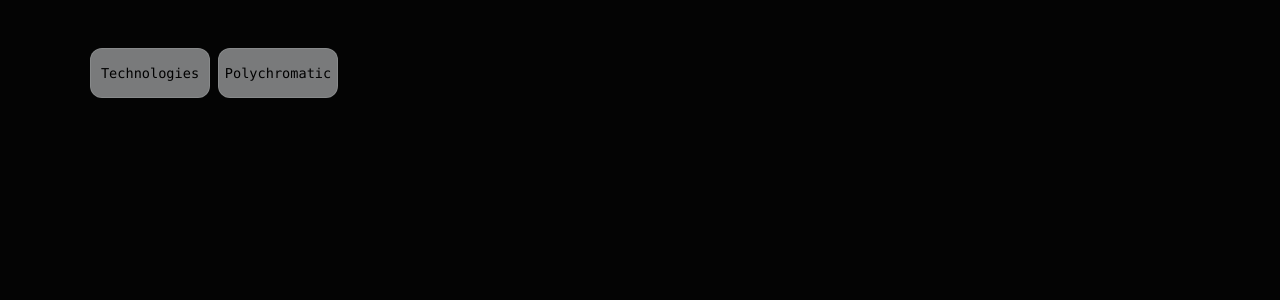
Repository: Baaam0/DCD_week7
Page: /
An editor plug-in stored every save of this project. The page is shown before and after the next save, followed by the edit.
The browser window is 1280 px wide. The pictures show the whole page.
The page's requests for data from a server got no answer. Some web fonts or font styles are not loaded; a fallback is used. The project was rebuilt for these pictures with package versions that can differ from the ones it lists, and the page was loaded fresh each time. The framework's server and built-in components were replaced by stand-ins that run in the browser. No one was signed in, and anything a server would have sent is missing. Also part of the build but not shown: next.config.js.

Above is the page before, as saved 2023-02-18 02:05:30.

### pages/index.js
import Head from 'next/head'
import Image from 'next/image'
import styles from '@/styles/Home.module.css'
import { useEffect, useState } from 'react'
import axios from 'axios'
import Link from 'next/link'


export default function Home() {
  const [data, setData] = useState();

  const apiKey = "BKu0nr7SnBGOqKTSgWfcyr59UwXtwa7g3dY4YQrC";
  const url = `https://api.nasa.gov/techtransfer/patent/?q=10&engine&api_key=${apiKey}`

  const getTechTransferData = async () => {
    const res = await axios.get(url);
    const info = await res.data;
    console.log(info);
    setData(info)
  }

  useEffect(()=> {
    getTechTransferData();
  }, [])

  return (
    <>
      <Head>
        <title>Create Next App</title>
        <meta name="description" content="Generated by create next app" />
        <meta name="viewport" content="width=device-width, initial-scale=1" />
        <link rel="icon" href="/favicon.ico" />
      </Head>
      <main className={styles.main}>
        <div className={styles.description}>
          <p>
          <Link href="/">Technologies</Link>
          </p>
          <p>
          <Link href="/polychromatic">Polychromatic</Link>
          </p>
        </div>
        {
          data && data.results.map((tech, index) => {
            return (
              <div key={index}>
                {
                  tech && tech.map((t,ind) => {
                    if(ind === 10) {
                      return (
                        <div className={styles.box1}>
                          <Image src={t} alt={t} key={ind} width={120} height={120} className={styles.img}/>
                          <div className={styles.box}>
                            <div className={styles.txt}>
                              <h3>{tech[2]}</h3>
                              <p>{tech[3]}</p>
                            </div>
                          </div>
                        </div>
                      )
                    }
                  })
                }
              </div>
            )
          })
        }
      </main>
    </>
  )
}

### styles/Home.module.css
@import url('https://fonts.googleapis.com/css2?family=DotGothic16&display=swap');
@import url('https://fonts.googleapis.com/css2?family=Barlow:wght@300&display=swap');

.main {
  display: flex;
  flex-direction: column;
  justify-content: space-between;
  align-items: center;
  padding: 3rem;
  min-height: 100vh;
  background-color: rgb(4, 4, 4)
}

.description {
  display: flex;
  align-items: flex-start;
  font-size: 0.85rem;
  max-width: var(--max-width);
  width: 100%;
  z-index: 2;
  font-family: var(--font-mono);
}

.description a {
  display: flex;
  justify-content: center;
  align-items: center;
  gap: 0.5rem;
}

.description p {
  position: relative;
  margin-right: .5rem;
  padding: 1rem;
  background-color: rgba(var(--callout-rgb), 0.5);
  border: 1px solid rgba(var(--callout-border-rgb), 0.3);
  border-radius: var(--border-radius);
  width: 120px;
}

.code {
  font-weight: 700;
  font-family: var(--font-mono);
}

.grid {
  display: grid;
  grid-template-columns: repeat(4, minmax(25%, auto));
  width: var(--max-width);
  max-width: 100%;
}

.card {
  padding: 1rem 1.2rem;
  border-radius: var(--border-radius);
  background: rgba(var(--card-rgb), 0);
  border: 1px solid rgba(var(--card-border-rgb), 0);
  transition: background 200ms, border 200ms;
}

.card span {
  display: inline-block;
  transition: transform 200ms;
}

.card h2 {
  font-weight: 600;
  margin-bottom: 0.7rem;
}

.card p {
  margin: 0;
  opacity: 0.6;
  font-size: 0.9rem;
  line-height: 1.5;
  max-width: 30ch;
}

.center {
  display: flex;
  justify-content: center;
  align-items: center;
  position: relative;
  padding: 4rem 0;
}

.center::before {
  background: var(--secondary-glow);
  border-radius: 50%;
  width: 480px;
  height: 360px;
  margin-left: -400px;
}

.center::after {
  background: var(--primary-glow);
  width: 240px;
  height: 180px;
  z-index: -1;
}

.center::before,
.center::after {
  content: '';
  left: 50%;
  position: absolute;
  filter: blur(45px);
  transform: translateZ(0);
}

.logo,
.thirteen {
  position: relative;
}

.thirteen {
  display: flex;
  justify-content: center;
  align-items: center;
  width: 75px;
  height: 75px;
  padding: 25px 10px;
  margin-left: 16px;
  transform: translateZ(0);
  border-radius: var(--border-radius);
  overflow: hidden;
  box-shadow: 0px 2px 8px -1px #0000001a;
}

.thirteen::before,
.thirteen::after {
  content: '';
  position: absolute;
  z-index: -1;
}

/* Conic Gradient Animation */
.thirteen::before {
  animation: 6s rotate linear infinite;
  width: 200%;
  height: 200%;
  background: var(--tile-border);
}

/* Inner Square */
.thirteen::after {
  inset: 0;
  padding: 1px;
  border-radius: var(--border-radius);
  background: linear-gradient(
    to bottom right,
    rgba(var(--tile-start-rgb), 1),
    rgba(var(--tile-end-rgb), 1)
  );
  background-clip: content-box;
}

/* Enable hover only on non-touch devices */
@media (hover: hover) and (pointer: fine) {
  .card:hover {
    background: rgba(var(--card-rgb), 0.1);
    border: 1px solid rgba(var(--card-border-rgb), 0.15);
  }

  .card:hover span {
    transform: translateX(4px);
  }
}

@media (prefers-reduced-motion) {
  .thirteen::before {
    animation: none;
  }

  .card:hover span {
    transform: none;
  }
}

/* Mobile */
@media (max-width: 700px) {
  .content {
    padding: 4rem;
  }

  .grid {
    grid-template-columns: 1fr;
    margin-bottom: 120px;
    max-width: 320px;
    text-align: center;
  }

  .card {
    padding: 1rem 2.5rem;
  }

  .card h2 {
    margin-bottom: 0.5rem;
  }

  .center {
    padding: 8rem 0 6rem;
  }

  .center::before {
    transform: none;
    height: 300px;
  }

  .description {
    font-size: 0.8rem;
  }

  .description a {
    padding: 1rem;
  }

  .description p,
  .description div {
    display: flex;
    justify-content: center;
    position: fixed;
    width: 100%;
  }

  .description p {
    align-items: center;
    inset: 0 0 auto;
    padding: 2rem 1rem 1.4rem;
    border-radius: 0;
    border: none;
    border-bottom: 1px solid rgba(var(--callout-border-rgb), 0.25);
    background: linear-gradient(
      to bottom,
      rgba(var(--background-start-rgb), 1),
      rgba(var(--callout-rgb), 0.5)
    );
    background-clip: padding-box;
    backdrop-filter: blur(24px);
  }

  .description div {
    align-items: flex-end;
    pointer-events: none;
    inset: auto 0 0;
    padding: 2rem;
    height: 200px;
    background: linear-gradient(
      to bottom,
      transparent 0%,
      rgb(var(--background-end-rgb)) 40%
    );
    z-index: 1;
  }
}

/* Tablet and Smaller Desktop */
@media (min-width: 701px) and (max-width: 1120px) {
  .grid {
    grid-template-columns: repeat(2, 50%);
  }
}

@media (prefers-color-scheme: dark) {
  .vercelLogo {
    filter: invert(1);
  }

  .logo,
  .thirteen img {
    filter: invert(1) drop-shadow(0 0 0.3rem #ffffff70);
  }
}

@keyframes rotate {
  from {
    transform: rotate(360deg);
  }
  to {
    transform: rotate(0deg);
  }
}

.box1 {
  display: flex;
  flex-direction: row;
  margin: 1.5rem;
  width: 100%;
  justify-content: space-between;
}

.box {
  display: flex;
  justify-content: center;
  align-items: center;
  height: 100%;
  max-width: 700px;
  padding: 1rem;
  border-radius: var(--border-radius);
  background: rgba(var(--card-rgb), 50);
  transition: background-color 200ms, border 200ms;
}

.img {
  border-radius: 50%;
  background: rgba(var(--card-rgb), 50);
  margin-right: 2rem;
  margin-top: 0.2rem;
  transition: box-shadow 0.6s linear, border 200ms ease-out;
  box-shadow: 0px 0px 10px 3px #ffffff;
}

.img:hover {
  box-shadow: 0px 0px 10px 7px #ffffff;
}

.txt {
  margin: 1rem;
  font-family: 'Barlow', sans-serif;

}

.txt h3 {
  font-weight: 600;
  margin-bottom: 0.5rem;
}

Loaded but not shown: pages/_app.js (common file); pages/_document.js (common file); styles/globals.css (common file)

After the next save:
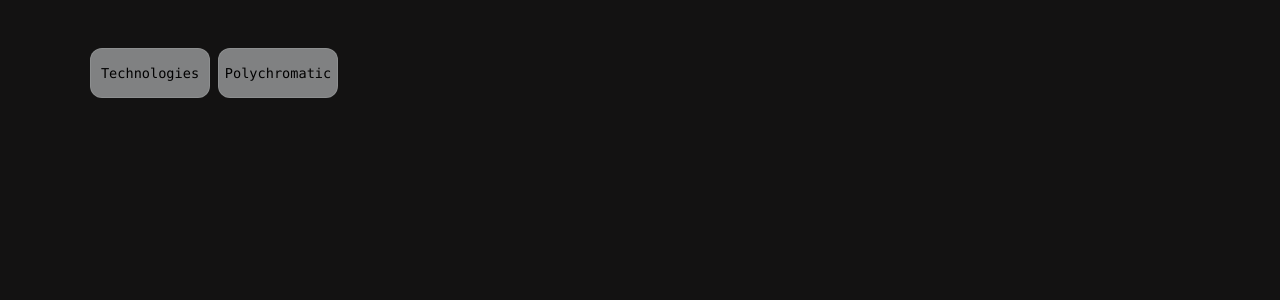
Saved 11 s later.
--- a/styles/Home.module.css
+++ b/styles/Home.module.css
@@ -8,7 +8,7 @@
   align-items: center;
   padding: 3rem;
   min-height: 100vh;
-  background-color: rgb(4, 4, 4)
+  background-color: rgb(19, 18, 18)
 }
 
 .description {
